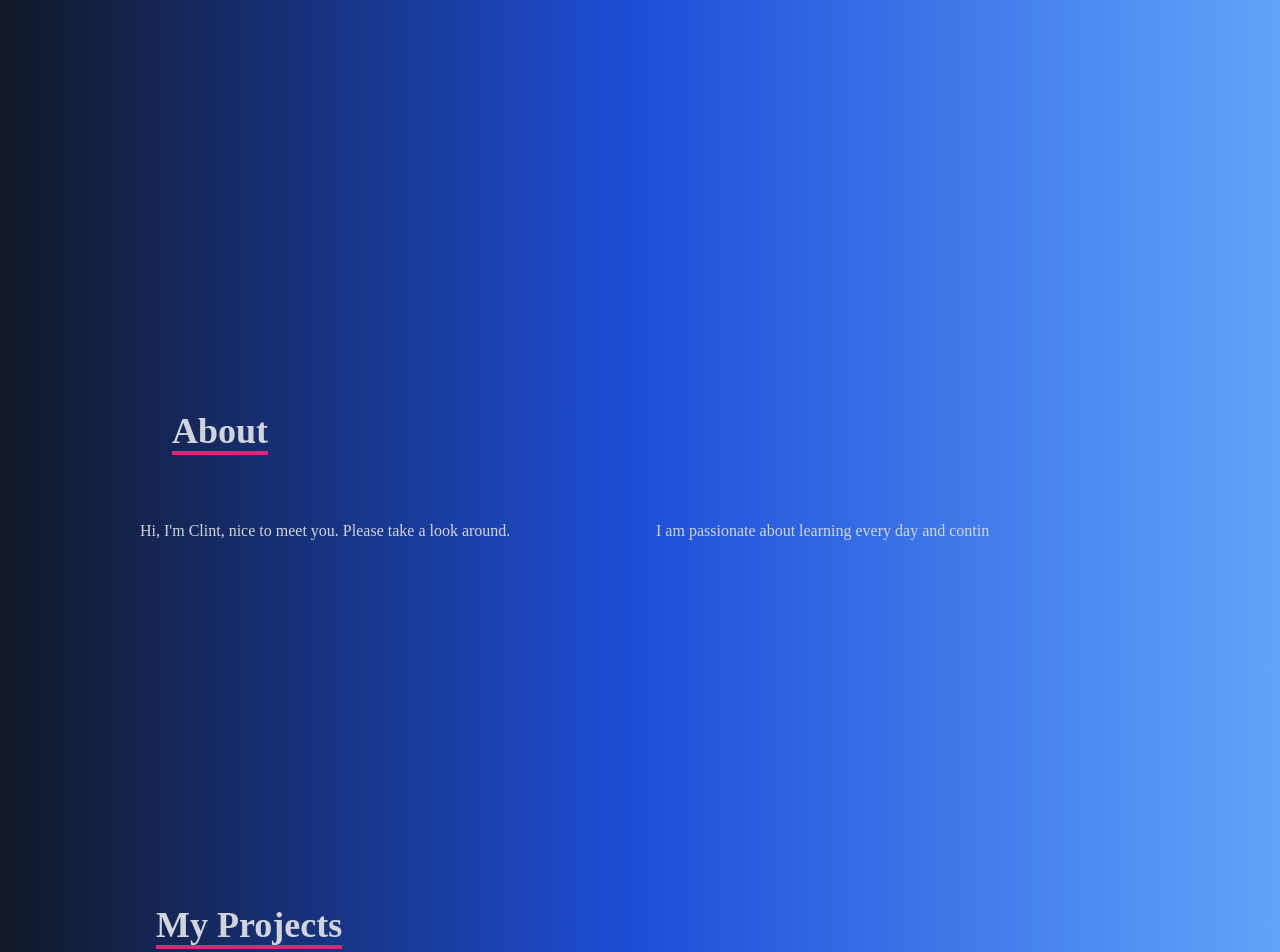
Repository: olichengus/Project-Portfolio
Page: /
These files come from the project's save history. The page is drawn as it stood at one moment and after a run of saves; the edit follows.
The browser window is 1280 px wide. The pictures show the part of the page from y = 603 to 1555 px (the page is 2160 px tall).
The project was rebuilt for these pictures with package versions that can differ from the ones it lists, and the page was loaded fresh each time.

Above is the page before, as saved 2024-02-10 00:26:50.

### src/index.css
@tailwind base;
@tailwind components;
@tailwind utilities;

@import url('https://fonts.googleapis.com/css2?family=Roboto:wght@300;400;500;700&display=swap');

@layer base {
  body {
    @apply font-[Raleway];
  }
  li {
    @apply px-4;
    @apply cursor-pointer;
  }
}


.content-div{
  background-repeat: no-repeat;
  background-size: cover;
  background-position: center;
  height: 250px;
}

.content-div:hover{
  background-image: linear-gradient(
    to right,
    rgba(112,157,255,0.8),
    hsla(242,74%,61%,0.8)
  )!important;
  background-color: rgba(0, 0, 0, 0.5);
  transition: 0.5s;
}

### src/App.js
import Home from './components/Home';
import Navbar from './components/Navbar';
import About from './components/About';
import Work from './components/Work';

function App() {
  return (
    <div>
      <Navbar />
      <Home />
      <About />
      <Work />
    </div>
  );
}

export default App;

### src/components/Home.jsx
import React from 'react'
import {HiArrowNarrowRight} from 'react-icons/hi'

const Home = () => {
  return (
    <div className='w-full h-screen bg-gradient-to-r from-gray-900 via-blue-700 to-blue-400'>
      {/* Container */}
      <div className='max-w-[1000px] mx-auto px-8 flex flex-col justify-center h-full'>
        <p className='text-pink-600 text-2xl'>Hi, my name is</p>
        <h1 className='text-white text-7xl font-bold'>Oliver Cheng</h1>
        <h2 className='text-4xl sm:text-5xl font-bold text-[#8892b0]'> I am a Computer Science student @ UBC</h2>
        <h2 className='text-4xl sm:text-5xl font-bold text-[#8892b0]'> Welcome to my Portfolio!</h2>
        <div className='background-color'>
          <button className = 'text-white border-2 px-6 py-3 my-2 flex items-center hover:bg-pink-600 hover:border-pink-600'>
            My Projects
            <span className='group-hover:rotate-90 duration-300'>
              <HiArrowNarrowRight className='ml-2' />
            </span>
          </button>
        </div>
      </div>

    </div>
  )
}

export default Home

### src/components/navbar.js
import React, {useState} from 'react'
import {
    FaBars,
    FaTimes,
    FaGithub,
    FaLinkedin
  } from 'react-icons/fa';
import { HiOutlineMail } from 'react-icons/hi';
import BsFillPersonFill from 'react-icons/bs';

const Navbar = () => {
    const [nav, setNav] = useState(false)
    const handleClick = () => setNav(!nav)
  return (
    <div className='fixed w-full h-[80px] flex justify-between items-center px-4 bg-[#0a192f] text-gray-300'>
    {/* menu */}
        <div className='hidden md:flex'>
            <ul className='hidden md:flex'>
                <li>Home</li>
                <li>About</li>
                <li>Experience</li>
                <li>Projects</li>
                <li>Contact</li>


            </ul>
        </div>

        <div onClick={handleClick} className='md:hidden z-10'>
            {/* if false set it to bars else set it to x logo*/}
            {!nav ? <FaBars /> : <FaTimes />}
        </div>


        {/* Moble menu */}
        <ul className={!nav ? "hidden": 'absolute top-0 left-0 w-full h-screen bg-[#0a192f] flex flex-col justify center items-center'}>
                <li className='py-6 text-4xl'>Home</li>
                <li className='py-6 text-4xl'>About</li>
                <li className='py-6 text-4xl'>Experience</li>
                <li className='py-6 text-4xl'>Projects</li>
                <li className='py-6 text-4xl'>Contact</li>

        </ul>
        {/* Social Icons */}
        <div className='flex fixed flex-col top-[35%] left-0;'>
        </div>
    </div>


  )
}

export default Navbar

### src/components/About.jsx
import React from 'react';

const About = () => {
    return (
        <div name='about' className='w-full h-screen bg-gradient-to-r from-gray-900 via-blue-700 to-blue-400 text-gray-300'>
            <div className='flex flex-col justify-center items-center w-full h-full'>
                <div className='max-w-[1000px] w-full px-4 justify-center items-center'>
                    <div className='md:text-left sm:text-right pb-8 pl-4'>
                        <p className='text-4xl font-bold inline border-b-4 border-pink-600 hover:text-white'>About</p>
                    </div>

                </div>
                <div className='mt-9 max-w-[1000px] w-full grid grid-cols-2 gap-8'>
                    <div>
                        <p>Hi, I'm Clint, nice to meet you. Please take a look around.</p>
                    </div>
                    <div>
                        I am passionate about learning every day and contin
                    </div>
                </div>
            </div>
        </div>
    )
}

export default About;

### src/components/Work.jsx
import React from 'react';
import Background from '../assets/background.jpeg';

const Work = () => {
    return (
        <div className='w-full md:h-screen text-gray-300 bg-gradient-to-r from-gray-900 via-blue-700 to-blue-400'>
            <div className='max-w-[1000px] mx-auto p-4 flex flex-col justify-center w-full h-full'>
                <div>
                    <p className='text-4xl font-bold inline border-b-4 text-gray-300 border-pink-600'>My Projects</p>
                </div>

            {/* Container */}

                <div className='grid sm:grid-cols-2 md:grid-cols-3 gap-4 mt-7'>

            {/* Grid Item */}
                    <div style = {{backgroundImage: `url(${Background})`}}
                    className='shadow-lg shadow-[#040c16] group container rounded-md flex justify-center items-center mx-auto content-div'>

                        {/* Hover Effects */}
                        <div className='opacity-0 group-hover:opacity-100'>
                            <span className='text-2xl font-bold text-white tracking-wider'>
                                UBC Elective Finder
                            </span>
                            <div className='pt-8 text-center'>
                                {/* <a href ="/">
                                    <button className='text-center rounded-lg px-4 py-3 m-2 bg-white text-gray-700 font-bold text-lg'>Demo</button>
                                </a> */}
                                <a href = "https://github.com/olichengus/UBC-Elective-Finder">
                                    <button className='text-center rounded-lg px-5 py-3 m-2 bg-white text-gray-700 font-bold text-lg'>View</button>
                                </a>
                            </div>
                        </div>
                    </div>

                    <div style = {{backgroundImage: `url(${Background})`}}
                    className='shadow-lg shadow-[#040c16] group container rounded-md flex justify-center items-center mx-auto content-div'>

                        {/* Hover Effects */}
                        <div className='opacity-0 group-hover:opacity-100'>
                            <span className='text-2xl font-bold text-white tracking-wider'>
                                Telomeres Website
                            </span>
                            <div className='pt-8 text-center'>
                                {/* <a href ="/">
                                    <button className='text-center rounded-lg px-4 py-3 m-2 bg-white text-gray-700 font-bold text-lg'>Demo</button>
                                </a> */}
                                <a href = "https://github.com/olichengus/TelomeresWebsite">
                                    <button className='text-center rounded-lg px-5 py-3 m-2 bg-white text-gray-700 font-bold text-lg'>View</button>
                                </a>
                            </div>
                        </div>
                    </div>

                    <div style = {{backgroundImage: `url(${Background})`}}
                    className='shadow-lg shadow-[#040c16] group container rounded-md flex justify-center items-center mx-auto content-div'>

                        {/* Hover Effects */}
                        <div className='opacity-0 group-hover:opacity-100'>
                            <span className='text-2xl font-bold text-white tracking-wider'>
                                Wishlist Application
                            </span>
                            <div className='pt-8 text-center'>
                                {/* <a href ="https://github.com/olichengus/WishList">
                                    <button className='text-center rounded-lg px-4 py-3 m-2 bg-white text-gray-700 font-bold text-lg'>Demo</button>
                                </a> */}
                                <a href = "https://github.com/olichengus/WishList">
                                    <button className='text-center rounded-lg px-5 py-3 m-2 bg-white text-gray-700 font-bold text-lg'>View</button>
                                </a>
                            </div>
                        </div>
                    </div>

                    <div style = {{backgroundImage: `url(${Background})`}}
                    className='shadow-lg shadow-[#040c16] group container rounded-md flex justify-center items-center mx-auto content-div'>

                        {/* Hover Effects */}
                        <div className='opacity-0 group-hover:opacity-100'>
                            <span className='text-2xl font-bold text-white tracking-wider'>
                                PythonRoads
                            </span>
                            <div className='pt-8 text-center'>
                                {/* <a href ="/">
                                    <button className='text-center rounded-lg px-4 py-3 m-2 bg-white text-gray-700 font-bold text-lg'>Demo</button>
                                </a> */}
                                <a href = "https://github.com/olichengus/PythonRoads">
                                    <button className='text-center rounded-lg px-5 py-3 m-2 bg-white text-gray-700 font-bold text-lg'>View</button>
                                </a>
                            </div>
                        </div>
                    </div>

                </div>



            </div>
        </div>
    );
};

export default Work;

### tailwind.config.js
/** @type {import('tailwindcss').Config} */
module.exports = {
  content: ["./src/**/*.{html,jsx}"],
  theme: {
    extend: {},
  },
  plugins: [],
}

Loaded but not shown: public/index.html (common file); src/index.js (common file)

After the next 2 saves:
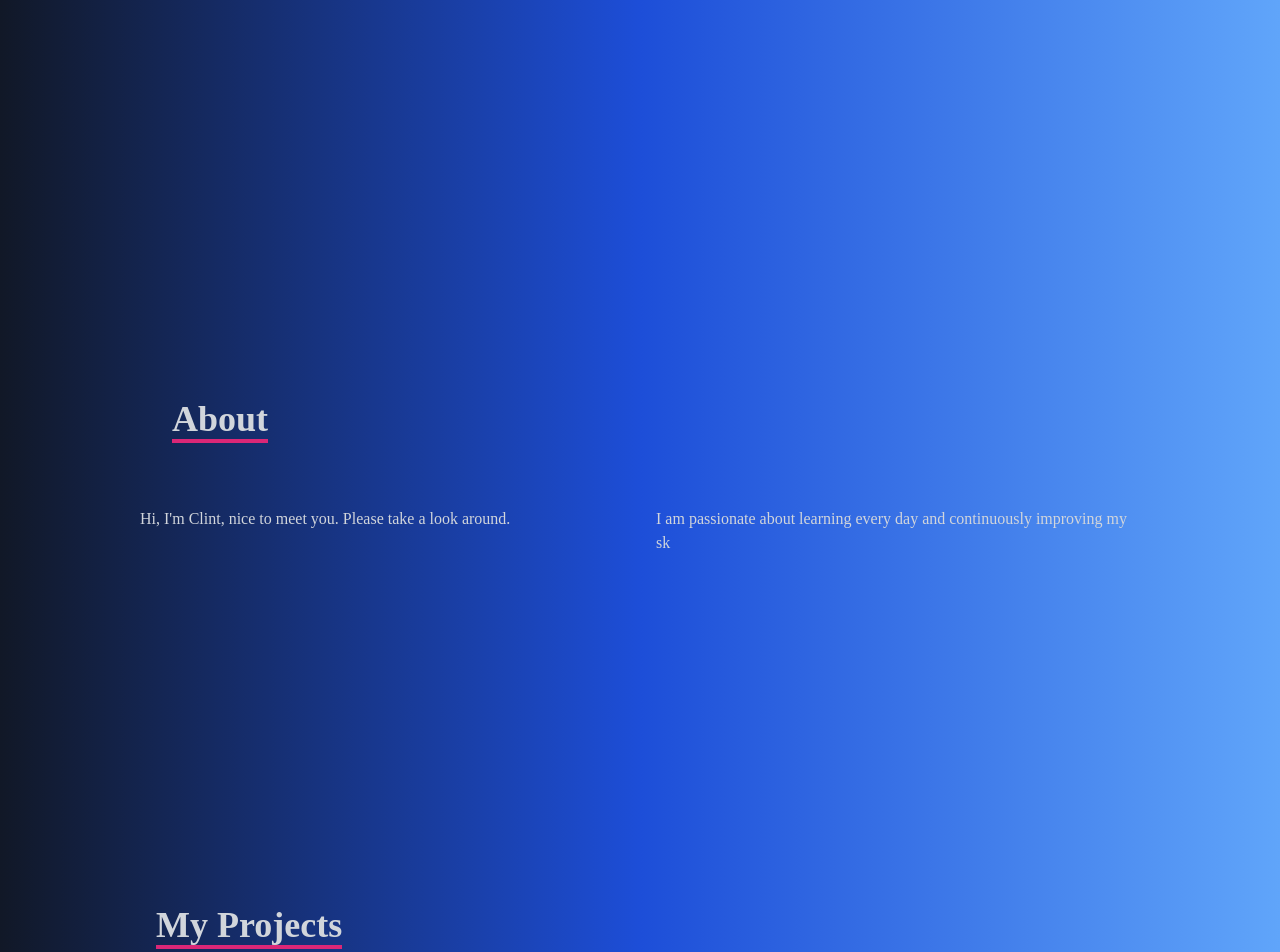
The 2 saves are shown as one change because they came seconds apart.
The last was saved 12 s later.
--- a/src/components/About.jsx
+++ b/src/components/About.jsx
@@ -15,7 +15,7 @@ const About = () => {
                         <p>Hi, I'm Clint, nice to meet you. Please take a look around.</p>
                     </div>
                     <div>
-                        I am passionate about learning every day and contin
+                        I am passionate about learning every day and continuously improving my sk
                     </div>
                 </div>
             </div>
